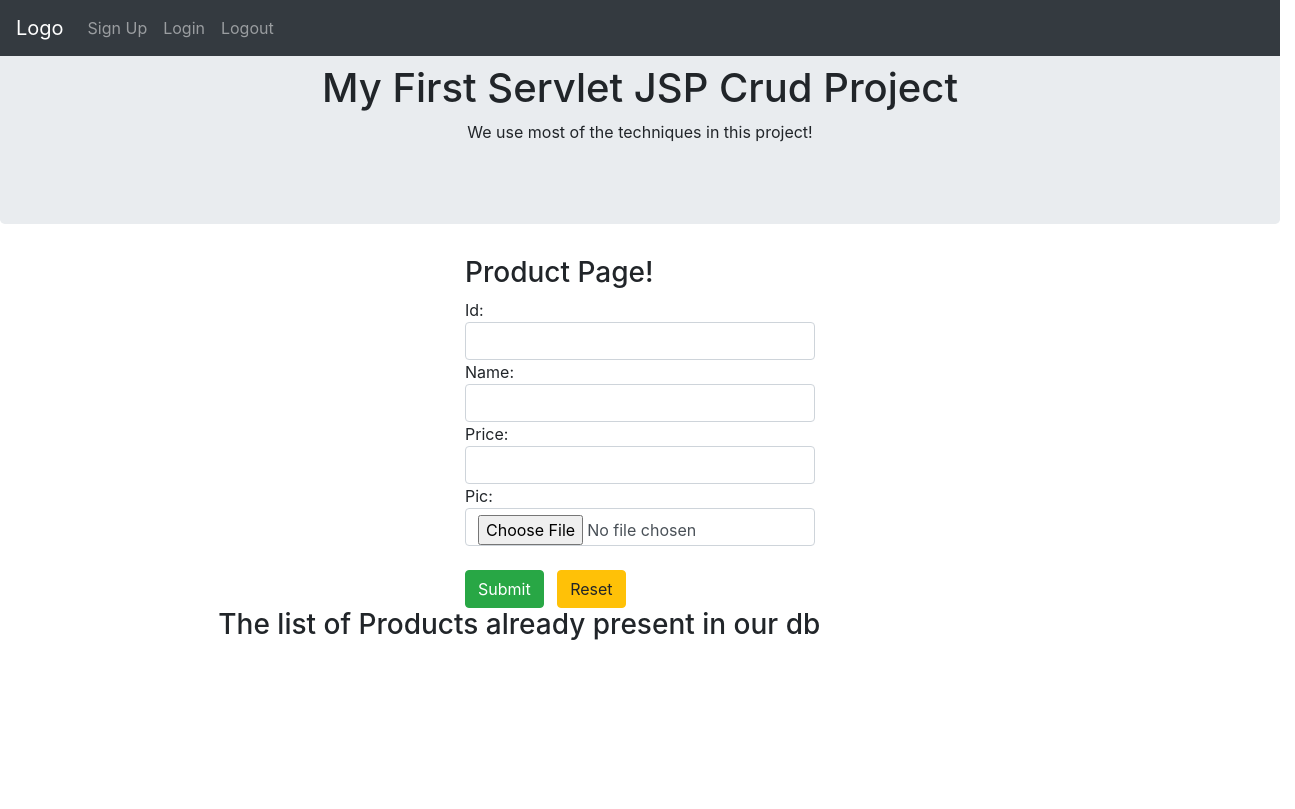
Repository: jagasia/sep-07
Page: http://localhost/sep-07-04/product.jsp
The author's editor kept a copy of each file at every save. The page is drawn from the files as they stood at one save, then again after the next save.
The browser window is 1280 px wide. The page is 1295 px wide, so the pictures cover 1295 px, including what lies to the right of the window. The pictures show the whole page.
The page is served by Tomcat 9.

Above is the page before, as saved 2022-09-09 04:12:39.

After the next save:
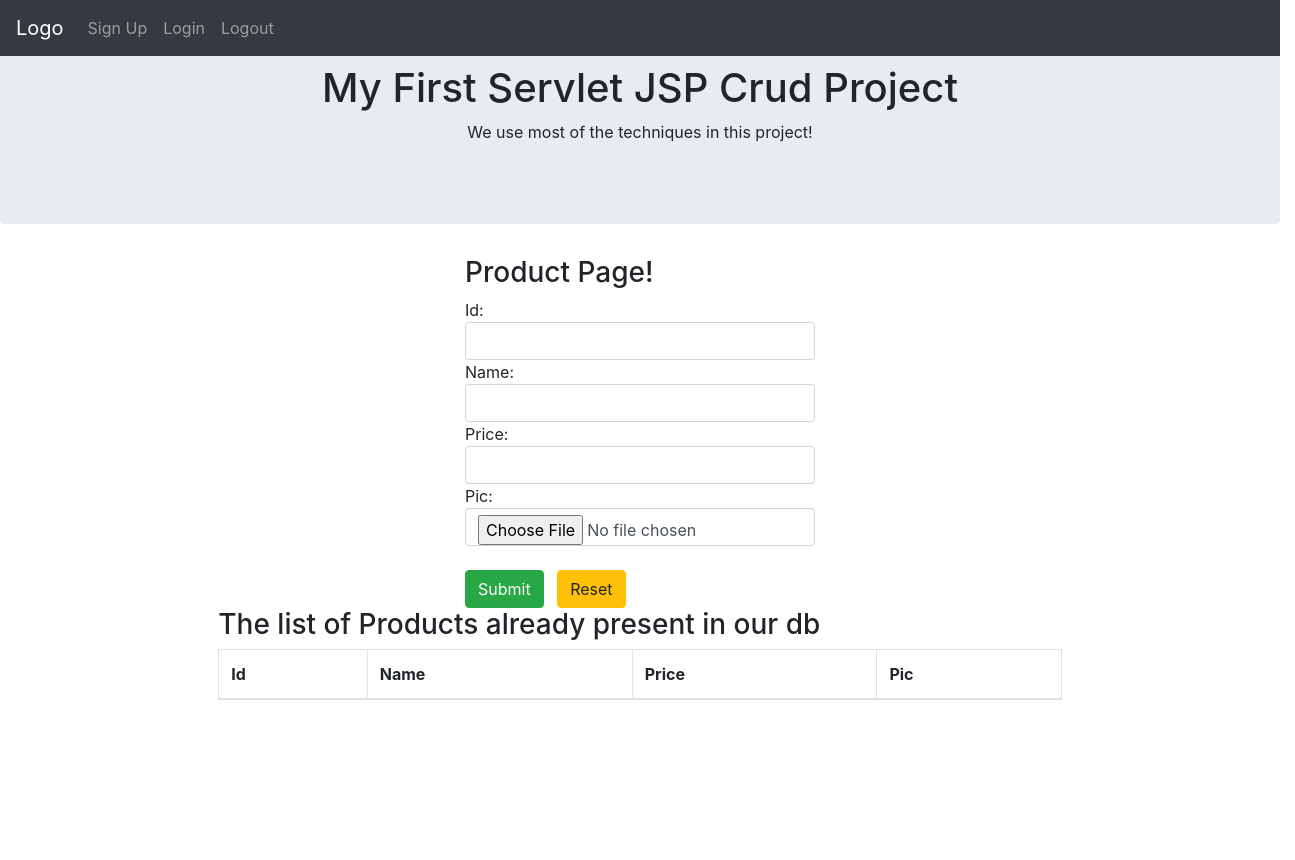
Saved 24 s later.
--- a/sep-07-04/WebContent/product.jsp
+++ b/sep-07-04/WebContent/product.jsp
@@ -51,6 +51,11 @@
     <div class="col-sm-8">
       <h3>The list of Products already present in our db</h3>
       <table class="table table-bordered table-striped table-hover">
+      	<thead>
+      		<tr>
+      			<th>Id</th><th>Name</th><th>Price</th><th>Pic</th>
+      		</tr>
+      	</thead>
       </table>
     </div>
     <div class="col-sm-2">
